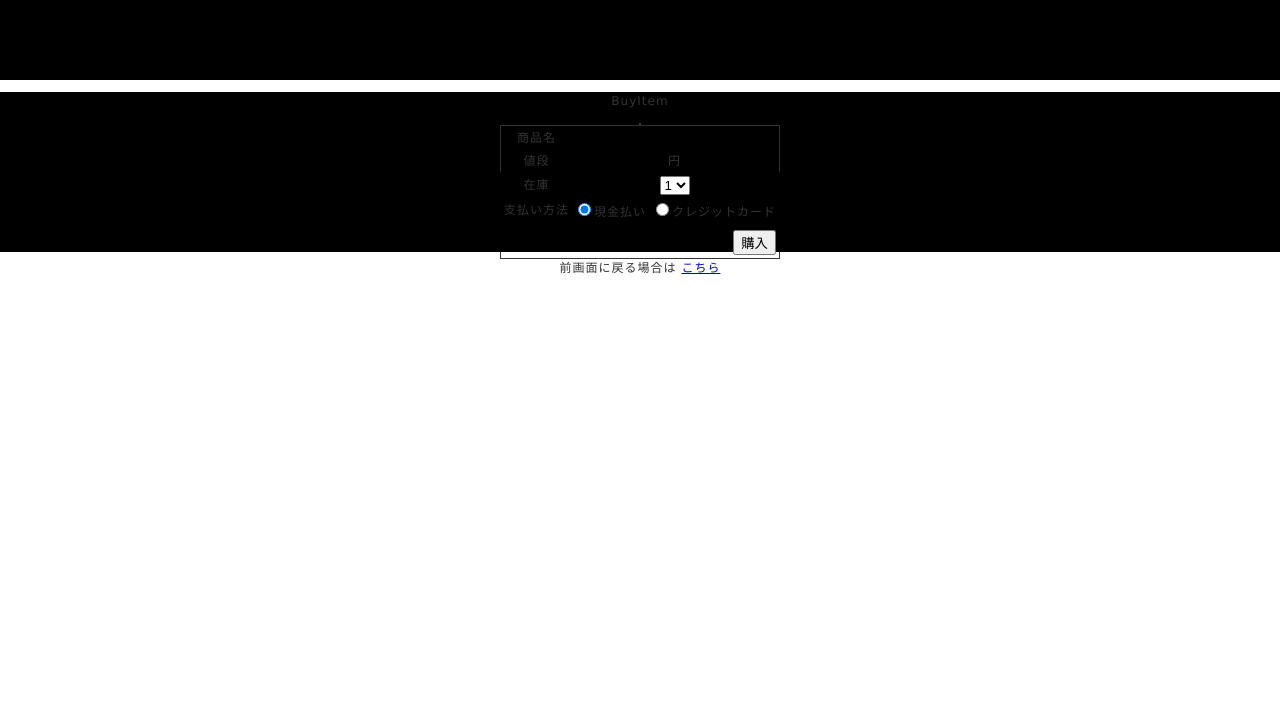
Repository: shimadaasato/test
Page: http://localhost/template/buyItem.jsp
An editor plug-in stored every save of this project. The page is shown before and after the next save, followed by the edit.
The browser window is 1280 px wide. The pictures show the whole page.
The page is served by Tomcat 9. Other server files are loaded and not shown.

Above is the page before, as saved 2019-03-01 10:42:48.

### template/WebContent/buyItem.jsp
<%@ page language="java" contentType="text/html; charset=UTF-8"
    pageEncoding="UTF-8"%>
<%@ taglib prefix="s" uri="/struts-tags" %>

<!DOCTYPE html>

<html>
<head>

	<meta http-equiv="Content-Type" content="text/html; charset=UTF-8">
	<meta http-equiv="Content-Style-Type" content="text/css" />
	<meta http-equiv="Content-Script-Type" content="text/javascript" />
	<meta http-equiv="imagetoolbar" content="no" />
	<meta name="description" content="" />
	<meta name="keywords" content="" />

<title>buyItem画面</title>

<style type="text/css">

/*====TAG LAYOUT ====*/
body{
	margin: 0;
	padding: 0;
	line-height: 1.6;
	letter-spacing: 1px;
	font-family: Verdana,helvetica,sans-serif;
	font-size: 12px;
	color: #333;
	background: #fff;

}

table{
	text-align: center;
	margin: 0 auto;
	border: 1px solid #333;

}

#header{
	width: 100%;
	height: 80px;
	background-color: black;

}

#main{
	width: 100%;
	height: 80px;
	background-color: black;

}

#main{
	width: 100%;
	height; 500px;
	text-align: center;

}

#footer{
	width: 100%;
	height: 80px;
	background-color: black;
	clear: both;

}


</style>

</head>
<body>

	<div id="header">

		<div id="pr">
		</div>

	</div>

	<div id="main">

		<div id="top">

			<p>BuyItem</p>

		</div>

		<div>

		<s:form action="buyItemAction">

			<table>

				<tr>

					<td>

						<span>商品名</span>

					</td>

					<td>

						<s:property value="session.buyItem_name"/>

					</td>

				</tr>

				<tr>
						<td>

							<span>値段</span>

						</td>

						<td>

						<s:property value="session.buyItem_price"/>

							<span>円</span>

						</td>
				</tr>

				<tr>

					<td>

						<span>在庫</span>

					</td>

					<td>

							<select name="stock">

							<option value="1" selected="selected">1</option>
								<option value="2">2</option>
								<option value="3">3</option>
								<option value="4">4</option>
								<option value="5">5</option>

							</select>

					</td>

				</tr>

				<tr>

					<td>

						<span>支払い方法</span>

					</td>

					<td>

						<input type="radio" name="pay" value="1" checked="checked">現金払い

						<input type="radio" name="pay" value="2">クレジットカード

					</td>

				</tr>

				<tr>

					<td>

						<s:submit value="購入"/>

					</td>

				</tr>

			</table>

		</s:form>

			<div>

				<span>前画面に戻る場合は</span>

				<a href='<s:url action="HomeAction"/>'>こちら</a>

			</div>

		</div>



	</div>

	<div id="footer">

		<div id="pr">

		</div>

	</div>

</body>
</html>

After the next save:
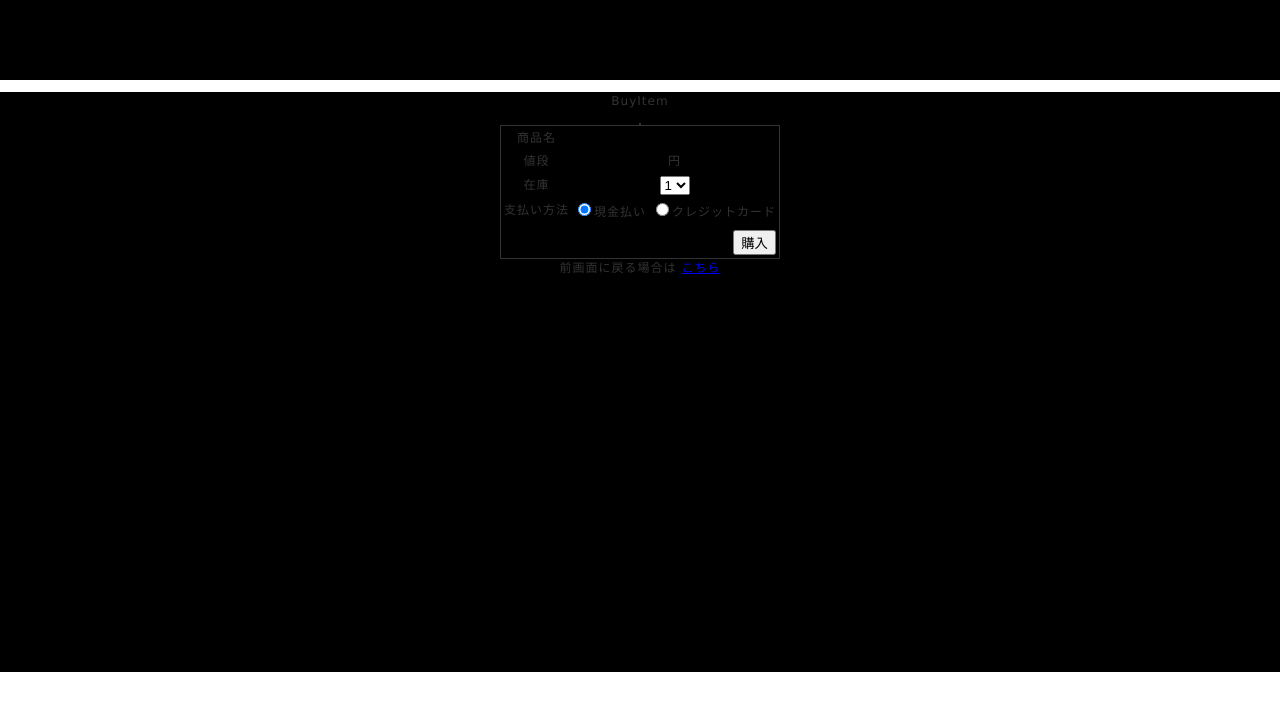
Saved 6 min 40 s later.
--- a/template/WebContent/buyItem.jsp
+++ b/template/WebContent/buyItem.jsp
@@ -54,7 +54,7 @@
 
 #main{
 	width: 100%;
-	height; 500px;
+	height: 500px;
 	text-align: center;
 
 }
